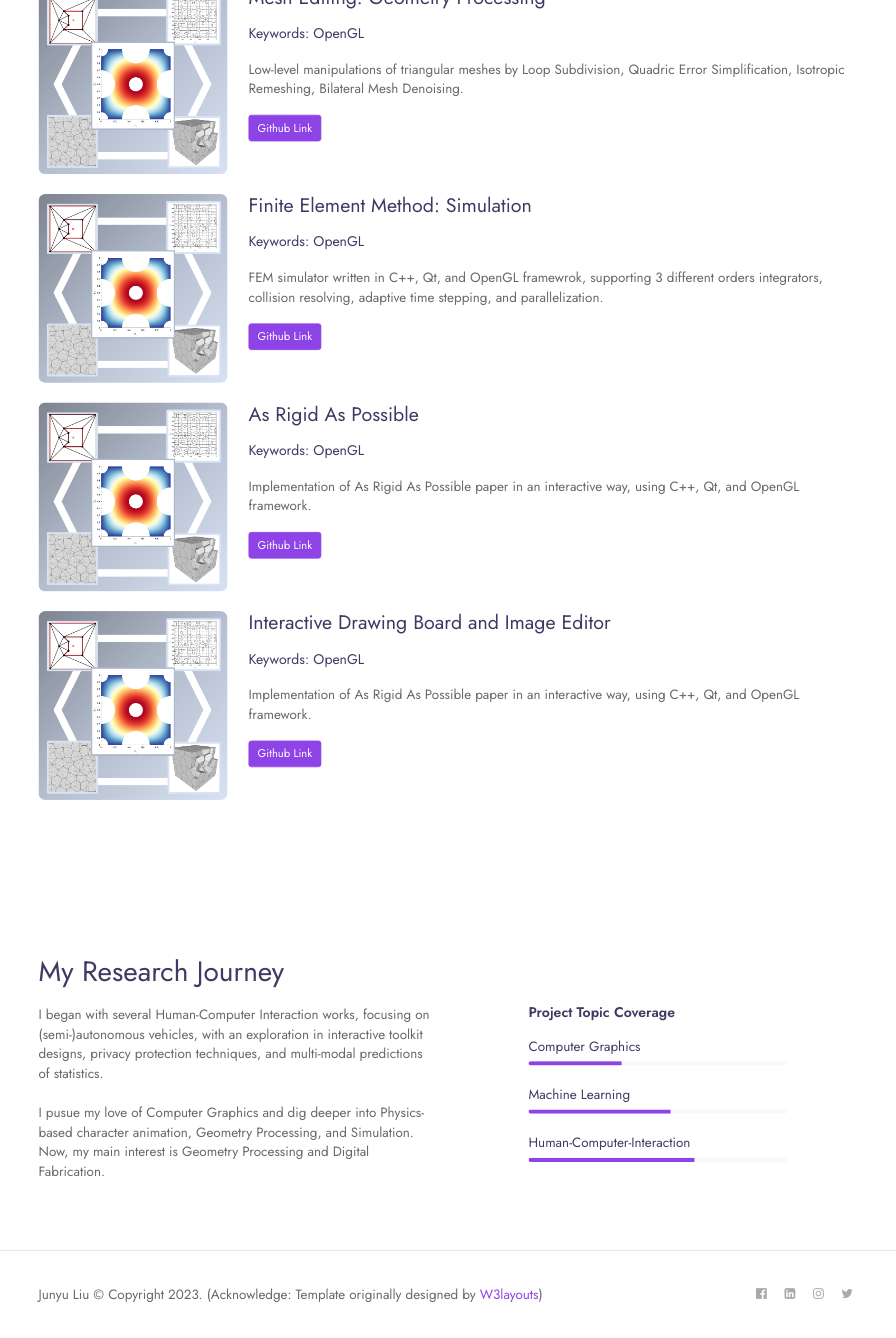
Repository: Junyu-Liu-Nate/junyu-liu-nate.github.io
Page: project.html
An editor plug-in stored every save of this project. The page is shown before and after the next save, followed by the edit.
The browser window is 1280 px wide. The pictures show the part of the page from y = 1060 to 2980 px (the page is 2971 px tall before and 2980 px after), at 70% of full size.

Above is the page before, as saved 2024-04-10 19:07:11.
Console error: TypeError: Cannot read properties of null (reading 'classList')

After the next save:
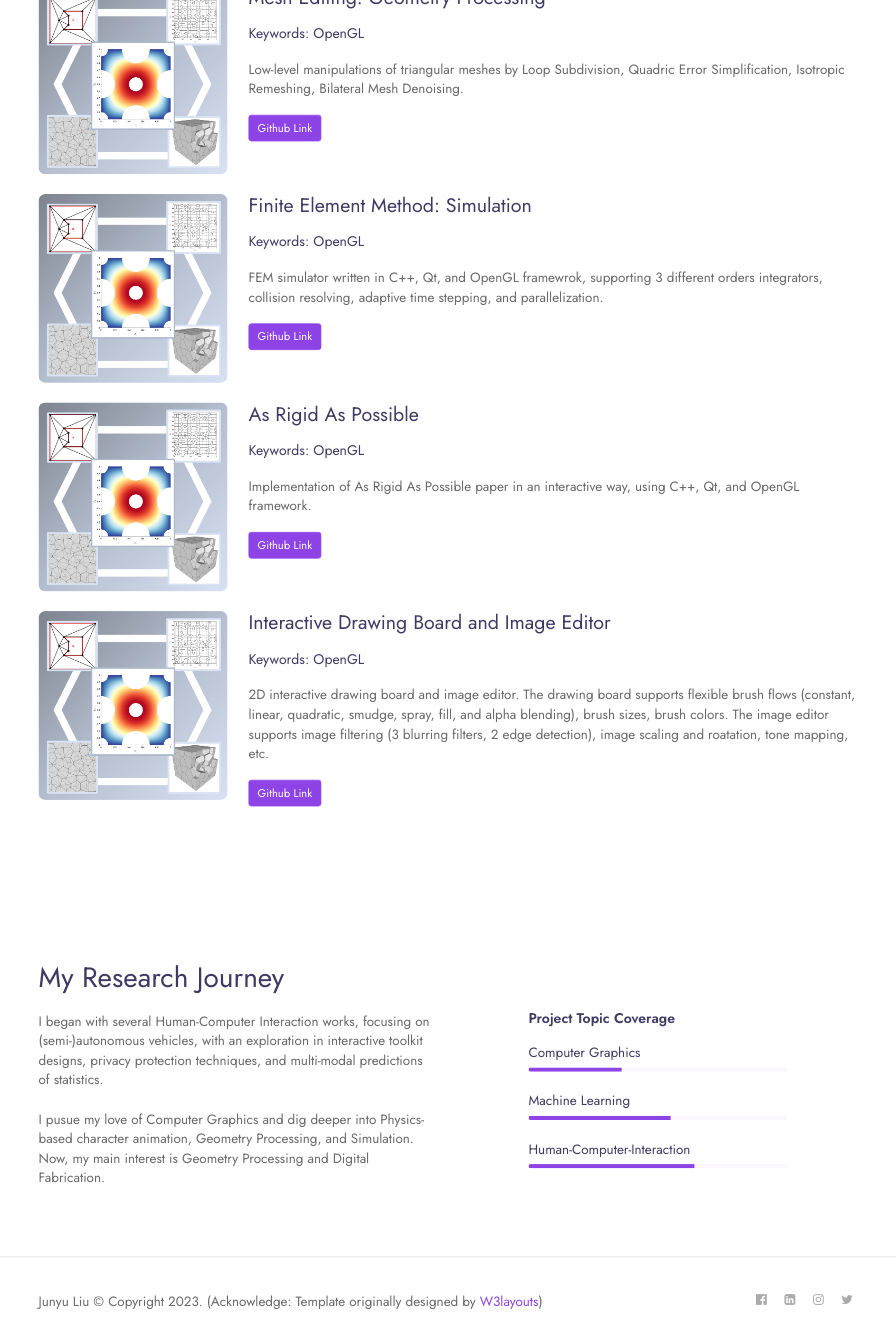
Saved 19 s later.
--- a/project.html
+++ b/project.html
@@ -232,7 +232,7 @@ Author URL: http://w3layouts.com
                   <h5>Keywords: OpenGL</h5>
                   <br>
                   <p>
-                    Implementation of As Rigid As Possible paper in an interactive way, using C++, Qt, and OpenGL framework.
+                    2D interactive drawing board and image editor. The drawing board supports flexible brush flows (constant, linear, quadratic, smudge, spray, fill, and alpha blending), brush sizes, brush colors. The image editor supports image filtering (3 blurring filters, 2 edge detection), image scaling and roatation, tone mapping, etc.
                   </p>
                   <br>
                   <div>
